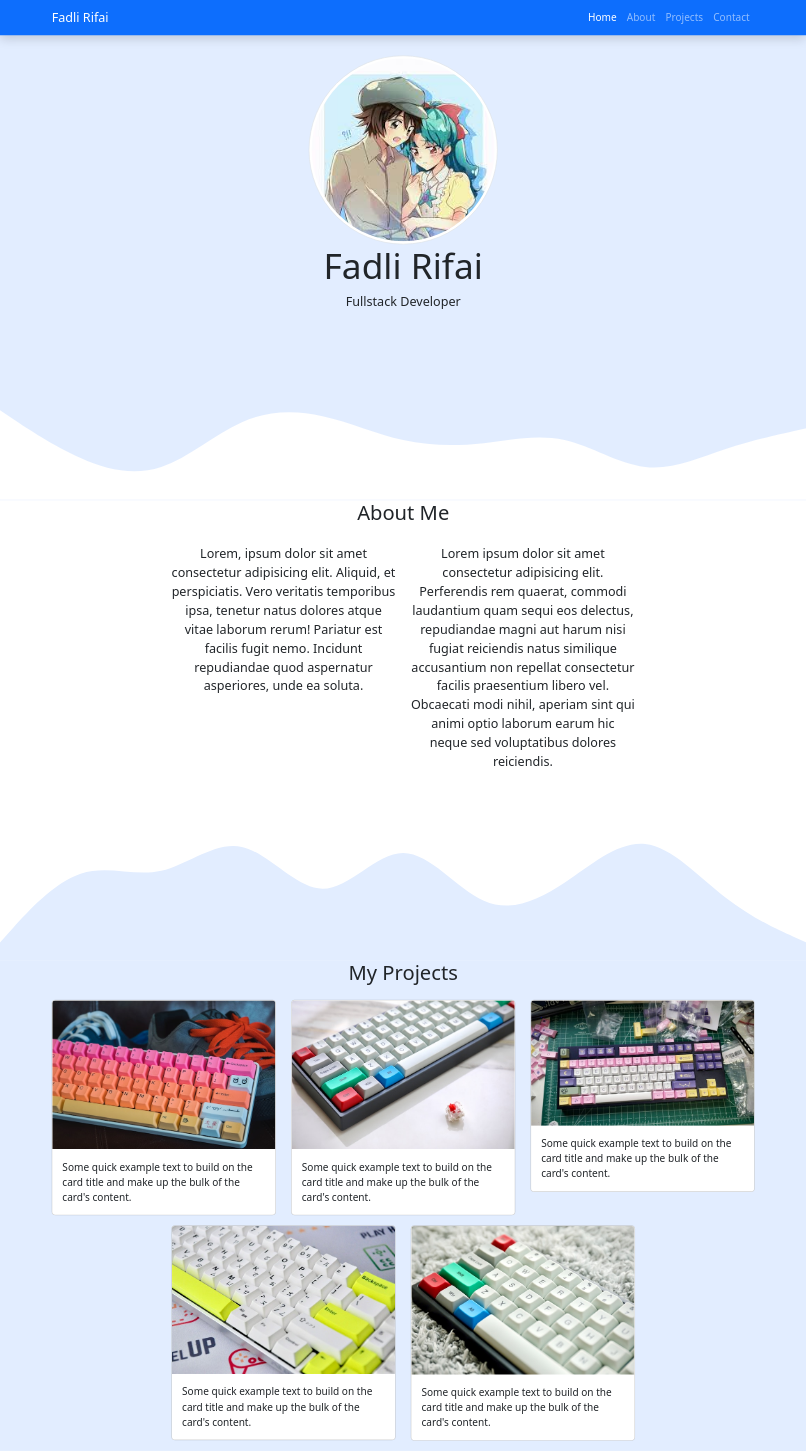
Repository: fadlyyy/fadli-dev.github.io
Page: index.html
An editor plug-in stored every save of this project. The page is shown before and after the next save, followed by the edit.
The browser window is 1280 px wide. The pictures show the whole page, at 63% of full size.

Above is the page before, as saved 2024-01-19 13:20:31.

### index.html
<!DOCTYPE html>
<html lang="en">
  <head>
    <meta charset="utf-8" />
    <meta name="viewport" content="width=device-width, initial-scale=1" />
    <title>Bootstrap demo</title>
    <link href="https://cdn.jsdelivr.net/npm/bootstrap@5.2.3/dist/css/bootstrap.min.css" rel="stylesheet" integrity="sha384-rbsA2VBKQhggwzxH7pPCaAqO46MgnOM80zW1RWuH61DGLwZJEdK2Kadq2F9CUG65" crossorigin="anonymous" />
    <link rel="stylesheet" href="style.css" />
  </head>
  <body>
    <!-- Navbar -->
    <nav class="navbar navbar-expand-lg navbar-dark bg-primary shadow">
      <div class="container">
        <a class="navbar-brand" href="#">Fadli Rifai</a>
        <button class="navbar-toggler" type="button" data-bs-toggle="collapse" data-bs-target="#navbarNav" aria-controls="navbarNav" aria-expanded="false" aria-label="Toggle navigation">
          <span class="navbar-toggler-icon"></span>
        </button>
        <div class="collapse navbar-collapse" id="navbarNav">
          <ul class="navbar-nav ms-auto">
            <li class="nav-item">
              <a class="nav-link active" aria-current="page" href="#">Home</a>
            </li>
            <li class="nav-item">
              <a class="nav-link" href="#">About</a>
            </li>
            <li class="nav-item">
              <a class="nav-link" href="#">Projects</a>
            </li>
            <li class="nav-item">
              <a class="nav-link" href="#">Contact</a>
            </li>
          </ul>
        </div>
      </div>
    </nav>
    <!-- Navbar End -->

    <!-- Jumbotron -->
    <section class="jumbotron text-center">
      <img class="rounded-circle img-thumbnail" src="img/images.jpeg" alt="" width="300" />
      <h1 class="display-4">Fadli Rifai</h1>
      <p class="lead">Fullstack Developer</p>
      <svg xmlns="http://www.w3.org/2000/svg" viewBox="0 0 1440 320">
        <path
          fill="#ffffff"
          fill-opacity="1"
          d="M0,160L24,176C48,192,96,224,144,245.3C192,267,240,277,288,261.3C336,245,384,203,432,181.3C480,160,528,160,576,170.7C624,181,672,203,720,213.3C768,224,816,224,864,218.7C912,213,960,203,1008,213.3C1056,224,1104,256,1152,261.3C1200,267,1248,245,1296,229.3C1344,213,1392,203,1416,197.3L1440,192L1440,320L1416,320C1392,320,1344,320,1296,320C1248,320,1200,320,1152,320C1104,320,1056,320,1008,320C960,320,912,320,864,320C816,320,768,320,720,320C672,320,624,320,576,320C528,320,480,320,432,320C384,320,336,320,288,320C240,320,192,320,144,320C96,320,48,320,24,320L0,320Z"
        ></path>
      </svg>
    </section>
    <!-- Jumbotron End -->

    <!-- About -->
    <section id="about">
      <div class="container">
        <div class="row text-center mb-4">
          <div class="col">
            <h2>About Me</h2>
          </div>
        </div>
        <div class="row justify-content-center fs-5 text-center">
          <div class="col-md-4">
            <p class="">
              Lorem, ipsum dolor sit amet consectetur adipisicing elit. Aliquid, et perspiciatis. Vero veritatis temporibus ipsa, tenetur natus dolores atque vitae laborum rerum! Pariatur est facilis fugit nemo. Incidunt repudiandae quod
              aspernatur asperiores, unde ea soluta.
            </p>
          </div>
          <div class="col-md-4">
            <p>
              Lorem ipsum dolor sit amet consectetur adipisicing elit. Perferendis rem quaerat, commodi laudantium quam sequi eos delectus, repudiandae magni aut harum nisi fugiat reiciendis natus similique accusantium non repellat
              consectetur facilis praesentium libero vel. Obcaecati modi nihil, aperiam sint qui animi optio laborum earum hic neque sed voluptatibus dolores reiciendis.
            </p>
          </div>
        </div>
      </div>
      <svg xmlns="http://www.w3.org/2000/svg" viewBox="0 0 1440 320">
        <path
          fill="#e2edff"
          fill-opacity="1"
          d="M0,288L24,261.3C48,235,96,181,144,165.3C192,149,240,171,288,160C336,149,384,107,432,117.3C480,128,528,192,576,192C624,192,672,128,720,128C768,128,816,192,864,213.3C912,235,960,213,1008,181.3C1056,149,1104,107,1152,112C1200,117,1248,171,1296,208C1344,245,1392,267,1416,277.3L1440,288L1440,320L1416,320C1392,320,1344,320,1296,320C1248,320,1200,320,1152,320C1104,320,1056,320,1008,320C960,320,912,320,864,320C816,320,768,320,720,320C672,320,624,320,576,320C528,320,480,320,432,320C384,320,336,320,288,320C240,320,192,320,144,320C96,320,48,320,24,320L0,320Z"
        ></path>
      </svg>
    </section>
    <!-- About End -->

    <!-- Section Projects -->
    <section id="projects">
      <div class="container">
        <div class="row mb-3">
          <div class="col text-center">
            <h2>My Projects</h2>
          </div>
        </div>
        <div class="row justify-content-center">
          <div class="col-md-4 mb-3">
            <div class="card">
              <img src="img/projects/Projects1.jpg" class="card-img-top" alt="..." />
              <div class="card-body">
                <p class="card-text">Some quick example text to build on the card title and make up the bulk of the card's content.</p>
              </div>
            </div>
          </div>
          <div class="col-md-4 mb-3">
            <div class="card">
              <img src="img/projects/Projects2.jpg" class="card-img-top" alt="..." />
              <div class="card-body">
                <p class="card-text">Some quick example text to build on the card title and make up the bulk of the card's content.</p>
              </div>
            </div>
          </div>
          <div class="col-md-4 mb-3">
            <div class="card">
              <img src="img/projects/Projects3.jpg" class="card-img-top" alt="..." />
              <div class="card-body">
                <p class="card-text">Some quick example text to build on the card title and make up the bulk of the card's content.</p>
              </div>
            </div>
          </div>
          <div class="col-md-4 mb-3">
            <div class="card">
              <img src="img/projects/Projects4.jpg" class="card-img-top" alt="..." />
              <div class="card-body">
                <p class="card-text">Some quick example text to build on the card title and make up the bulk of the card's content.</p>
              </div>
            </div>
          </div>
          <div class="col-md-4 mb-3">
            <div class="card">
              <img src="img/projects/Projects5.jpg" class="card-img-top" alt="..." />
              <div class="card-body">
                <p class="card-text">Some quick example text to build on the card title and make up the bulk of the card's content.</p>
              </div>
            </div>
          </div>
        </div>
      </div>
    </section>
    <!-- End Section Projects -->

    <script src="https://cdn.jsdelivr.net/npm/bootstrap@5.2.3/dist/js/bootstrap.bundle.min.js" integrity="sha384-kenU1KFdBIe4zVF0s0G1M5b4hcpxyD9F7jL+jjXkk+Q2h455rYXK/7HAuoJl+0I4" crossorigin="anonymous"></script>
  </body>
</html>

### style.css
body {
  min-height: 2000px;
}

.jumbotron {
  padding-top: 2rem;
  background-color: #e2edff;
}

#projects {
  background-color: #e2edff;
}

After the next save:
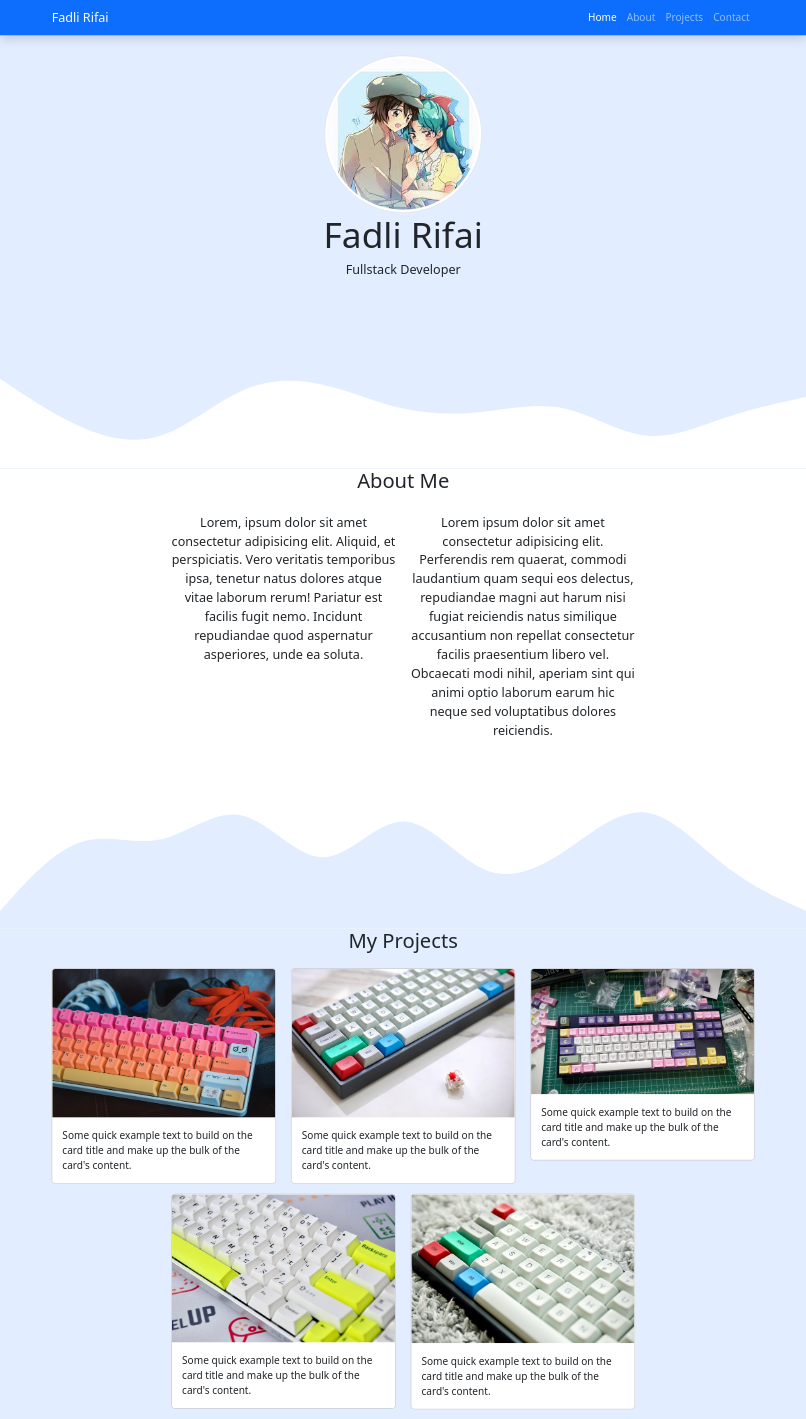
Saved 9 s later.
--- a/index.html
+++ b/index.html
@@ -37,7 +37,7 @@
 
     <!-- Jumbotron -->
     <section class="jumbotron text-center">
-      <img class="rounded-circle img-thumbnail" src="img/images.jpeg" alt="" width="300" />
+      <img class="rounded-circle img-thumbnail" src="img/images.jpeg" alt="" width="250" />
       <h1 class="display-4">Fadli Rifai</h1>
       <p class="lead">Fullstack Developer</p>
       <svg xmlns="http://www.w3.org/2000/svg" viewBox="0 0 1440 320">
